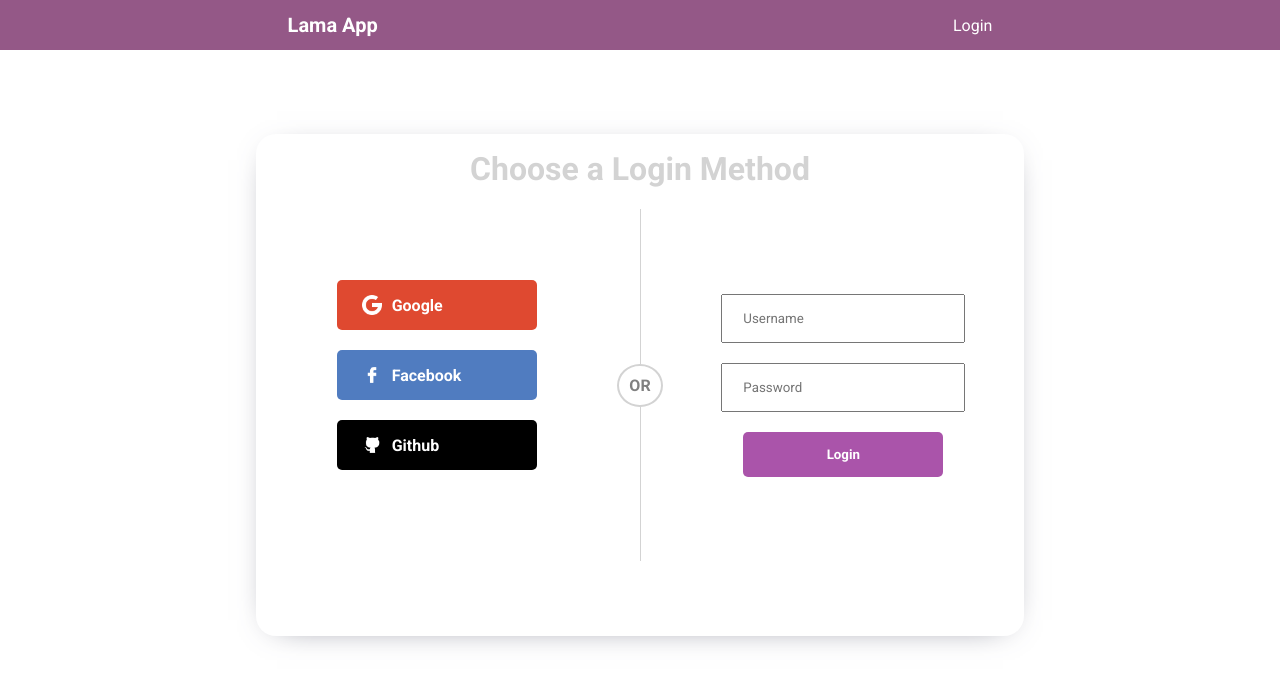
Repository: fdhhhdjd/Authentication-Google-FB-GitHub
Page: /login (app in client/)
An editor plug-in stored every save of this project. The page is shown before and after the next save, followed by the edit.
The browser window is 1280 px wide. The pictures show the whole page.
The project was rebuilt for these pictures with package versions that can differ from the ones it lists, and the page was loaded fresh each time. Also part of the build but not shown: client/src/Components/Card.js, client/src/Utils/Data.js, client/src/Pages/Home.js, client/src/Pages/Post.js.

Above is the page before, as saved 2021-12-28 09:46:52.

### client/public/index.html
<!DOCTYPE html>
<html lang="en">
  <head>
    <meta charset="utf-8" />
    <link rel="icon" href="%PUBLIC_URL%/favicon.ico" />
    <meta name="viewport" content="width=device-width, initial-scale=1" />
    <meta name="theme-color" content="#000000" />
    <meta
      name="description"
      content="Web site created using create-react-app"
    />
    <link rel="apple-touch-icon" href="%PUBLIC_URL%/logo192.png" />
    <link
      href="https://fonts.googleapis.com/css2?family=Roboto:wght@100;300;400;500;700;900&display=swap"
      rel="stylesheet"
    />
    <!--
      manifest.json provides metadata used when your web app is installed on a
      user's mobile device or desktop. See https://developers.google.com/web/fundamentals/web-app-manifest/
    -->
    <link rel="manifest" href="%PUBLIC_URL%/manifest.json" />
    <!--
      Notice the use of %PUBLIC_URL% in the tags above.
      It will be replaced with the URL of the `public` folder during the build.
      Only files inside the `public` folder can be referenced from the HTML.

      Unlike "/favicon.ico" or "favicon.ico", "%PUBLIC_URL%/favicon.ico" will
      work correctly both with client-side routing and a non-root public URL.
      Learn how to configure a non-root public URL by running `npm run build`.

    -->
    <style>
      * {
        margin: 0;
        font-family: "Roboto", sans-serif;
      }
    </style>
    <title>Authentication React</title>
  </head>
  <body>
    <noscript>You need to enable JavaScript to run this app.</noscript>
    <div id="root"></div>
    <!--
      This HTML file is a template.
      If you open it directly in the browser, you will see an empty page.

      You can add webfonts, meta tags, or analytics to this file.
      The build step will place the bundled scripts into the <body> tag.

      To begin the development, run `npm start` or `yarn start`.
      To create a production bundle, use `npm run build` or `yarn build`.
    -->
  </body>
</html>

### client/src/App.js
import logo from "./logo.svg";
import "./App.css";
import { BrowserRouter, Routes, Route, Navigate } from "react-router-dom";
import { Home, Navbar, Post, Login } from "./Imports/Index";
function App() {
  const user = false;
  return (
    <BrowserRouter>
      <div>
        <Navbar user={user} />
        <Routes>
          <Route path="/" element={<Home />} />
          <Route
            path="/login"
            element={user ? <Navigate to="/" /> : <Login />}
          />
          <Route
            path="/post/:id"
            element={user ? <Post /> : <Navigate to="/login" />}
          />
        </Routes>
      </div>
    </BrowserRouter>
  );
}

export default App;

### client/src/App.css
.navbar {
  height: 50px;
  background-color: rgba(102, 16, 83, 0.698);
  color: white;
  display: flex;
  align-items: center;
  justify-content: space-around;
}

.logo {
  font-size: 20px;
  font-weight: bold;
}

.list {
  display: flex;
  align-items: center;
  list-style: none;
}

.listItem {
  margin-right: 20px;
  font-weight: 500;
  cursor: pointer;
}

.avatar {
  width: 32px;
  height: 32px;
  border-radius: 50%;
  object-fit: cover;
}

.home {
  display: flex;
  padding: 50px 100px;
  justify-content: space-between;
  flex-wrap: wrap;
}

.card {
  width: 30%;
  padding: 10px;
  border-radius: 20px;
  -webkit-box-shadow: 0px 5px 33px -21px rgba(66, 68, 90, 1);
  -moz-box-shadow: 0px 5px 33px -21px rgba(66, 68, 90, 1);
  box-shadow: 0px 5px 33px -21px rgba(66, 68, 90, 1);
}

.img {
  width: 100%;
  height: 200px;
  object-fit: cover;
  margin: 20px 0px;
}

.desc {
  color: #333;
  margin-bottom: 20px;
  line-height: 25px;
}

.cardButton {
  border: none;
  border-radius: 10px;
  background-color: rgba(53, 16, 102, 0.678);
  padding: 10px;
  color: white;
  font-weight: bold;
  cursor: pointer;
}

.post {
  display: flex;
  flex-direction: column;
  align-items: center;
}

.postImg {
  width: 100%;
  height: 300px;
  object-fit: cover;
  margin-bottom: 20px;
}

.postDesc {
  padding: 0 100px;
  font-size: 24px;
  font-weight: 300;
  color: gray;
  margin-top: 50px;
}

.postLongDesc {
  padding: 100px;
  padding-top: 50px;
  font-size: 18px;
  line-height: 24px;
}

.login {
  height: calc(100vh - 50px);
  display: flex;
  align-items: center;
  justify-content: center;
}

.wrapper {
  width: 60%;
  height: 75%;
  -webkit-box-shadow: 0px 5px 33px -21px rgba(66, 68, 90, 1);
  -moz-box-shadow: 0px 5px 33px -21px rgba(66, 68, 90, 1);
  box-shadow: 0px 5px 33px -21px rgba(66, 68, 90, 1);
  display: flex;
  align-items: center;
  border-radius: 20px;
}


.left,.right{
  flex: 1;
  display: flex;
  flex-direction: column;
  align-items: center;
}

.center{
  height: 100%;
  display: flex;
  align-items: center;
  justify-content: center;
  position: relative;
}

.or{
  border: 2px solid lightgray;
  border-radius: 50%;
  padding: 10px;
  color: gray;
  background-color: white;
  font-weight: bold;
}

.line{
  width: 0.5px;
  height: 70%;
  background-color: lightgray;
  position: absolute;
  top: 0;
  bottom: 0;
  left: 0;
  right: 0;
  margin: auto;
  z-index: -1;
}

.loginButton{
  width: 150px;
  padding: 15px 25px;
  border-radius: 5px;
  color: white;
  display: flex;
  align-items: center;
  font-weight: bold;
  margin-bottom: 20px;
  cursor: pointer;
}

.google{
  background-color: #df4930;
}
.facebook{
  background-color: #507cc0;
}
.github{
  background-color: black;
}

.icon{
  width: 20px;
  height: 20px;
  margin-right: 10px;
}

input{
  width: 200px;
  padding: 15px 20px;
  margin-bottom: 20px;
}

.submit{
  width: 200px;
  background-color: rgba(128, 0, 128, 0.671);
  color: white;
  font-weight: bold;
  border: none;
  padding: 15px 20px;
  border-radius: 5px;
}

.loginTitle{
  position: absolute;
  top: 150px;
  color:lightgray
}

.link{
  color: inherit;
  text-decoration: none;
}

@media screen and (max-width: 992px) {
  .card {
    width: 100%;
    margin-bottom: 50px;
  }

  .wrapper {
    width: 65%;
    height: 90%;
    flex-direction: column;
  }

  .loginTitle {
    display: none;
  }

  .center {
    width: 100%;
    position: relative;
  }

  .left {
    padding: 20px;
  }

  .right {
    padding: 20px;
  }

  .line {
    height: 0.5px;
    width: 300px;
  }
}

### client/src/Imports/Index.js
export { default as Navbar } from "../Components/Navbar";
export { default as Card } from "../Components/Card";
export { default as Home } from "../Pages/Home";
export { default as Login } from "../Pages/Login";
export { default as Post } from "../Pages/Post";

### client/src/Components/Navbar.js
import React from "react";
import { Link } from "react-router-dom";
const Navbar = ({ user }) => {
  const handleLogout = () => {};
  return (
    <>
      <div className="navbar">
        <span className="logo">
          <Link className="link" to="/">
            Lama App
          </Link>
        </span>
        {user ? (
          <ul className="list">
            <li className="listItem">
              <img src={user.photos[0].value} alt="" className="avatar" />
            </li>
            <li className="listItem">{user.displayName}</li>
            <li className="listItem" onClick={logout}>
              Logout
            </li>
          </ul>
        ) : (
          <Link className="link" to="login">
            Login
          </Link>
        )}
      </div>
    </>
  );
};

export default Navbar;

### client/src/Pages/Login.js
import React from "react";
import Google from "../Img/google.png";
import Facebook from "../Img/facebook.png";
import Github from "../Img/github.png";
const Login = () => {
  const handleGoogle = () => {};
  const handleFacebook = () => {};
  const handleGithub = () => {};
  return (
    <>
      <div className="login">
        <h1 className="loginTitle">Choose a Login Method</h1>
        <div className="wrapper">
          <div className="left">
            <div className="loginButton google" onClick={handleGoogle}>
              <img src={Google} alt="" className="icon" />
              Google
            </div>
            <div className="loginButton facebook" onClick={handleFacebook}>
              <img src={Facebook} alt="" className="icon" />
              Facebook
            </div>
            <div className="loginButton github" onClick={handleGithub}>
              <img src={Github} alt="" className="icon" />
              Github
            </div>
          </div>
          <div className="center">
            <div className="line" />
            <div className="or">OR</div>
          </div>
          <div className="right">
            <input type="text" placeholder="Username" />
            <input type="text" placeholder="Password" />
            <button className="submit">Login</button>
          </div>
        </div>
      </div>
    </>
  );
};

export default Login;

Loaded but not shown: client/src/index.js (common file); client/src/index.css (common file); client/src/reportWebVitals.js (common file)

After the next save:
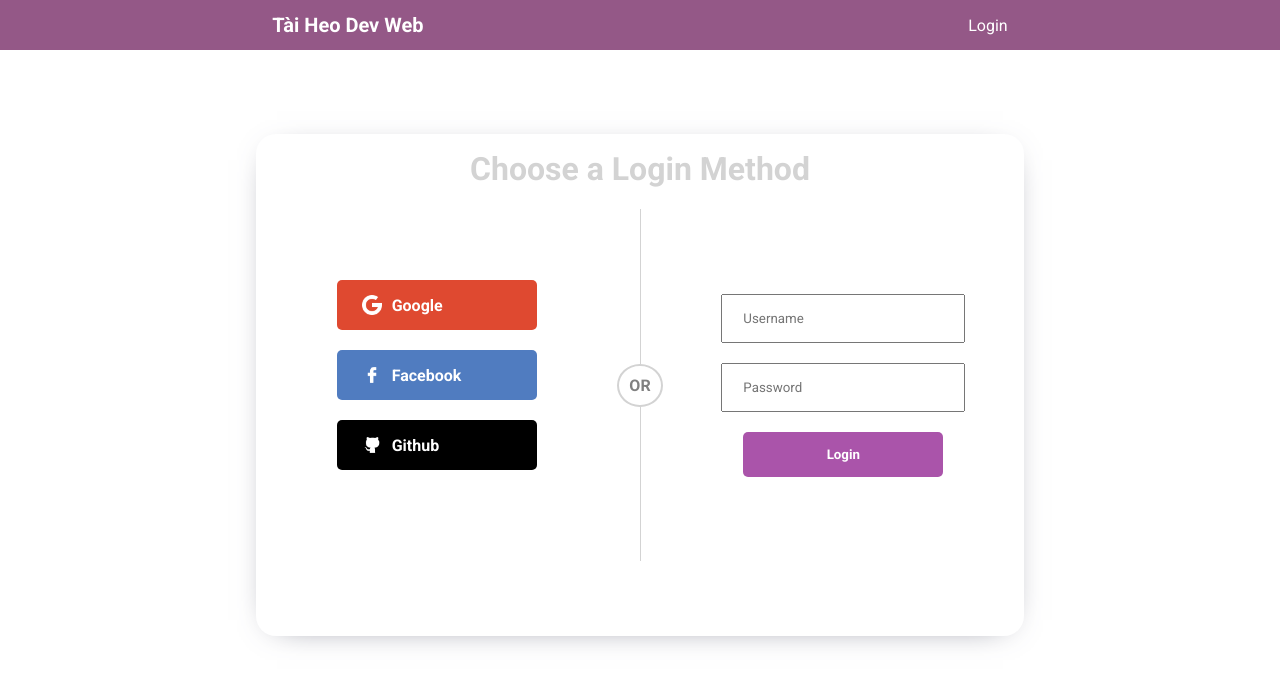
Saved 36 s later.
--- a/client/src/Components/Navbar.js
+++ b/client/src/Components/Navbar.js
@@ -7,16 +7,22 @@ const Navbar = ({ user }) => {
       <div className="navbar">
         <span className="logo">
           <Link className="link" to="/">
-            Lama App
+            Tài Heo Dev Web
           </Link>
         </span>
         {user ? (
           <ul className="list">
             <li className="listItem">
-              <img src={user.photos[0].value} alt="" className="avatar" />
+              {/* <img src={user.photos[0].value} alt="" className="avatar" /> */}
+              <img
+                src="https://scontent.fsgn2-6.fna.fbcdn.net/v/t1.6435-1/c0.80.240.240a/p240x240/190801150_3047073538840591_1241117089856663372_n.jpg?_nc_cat=100&ccb=1-5&_nc_sid=7206a8&_nc_ohc=xnYWSqjvTl4AX9RY_UY&_nc_ht=scontent.fsgn2-6.fna&oh=00_AT-1E-96WzLB7pj7W7bDKwwLN7vtbE5gzAd_jzOv_Jfuyg&oe=61F16B9E"
+                alt=""
+                className="avatar"
+              />
             </li>
-            <li className="listItem">{user.displayName}</li>
-            <li className="listItem" onClick={logout}>
+            {/* <li className="listItem">{user.displayName}</li> */}
+            <li className="listItem">N Tien Tai</li>
+            <li className="listItem" onClick={handleLogout}>
               Logout
             </li>
           </ul>
